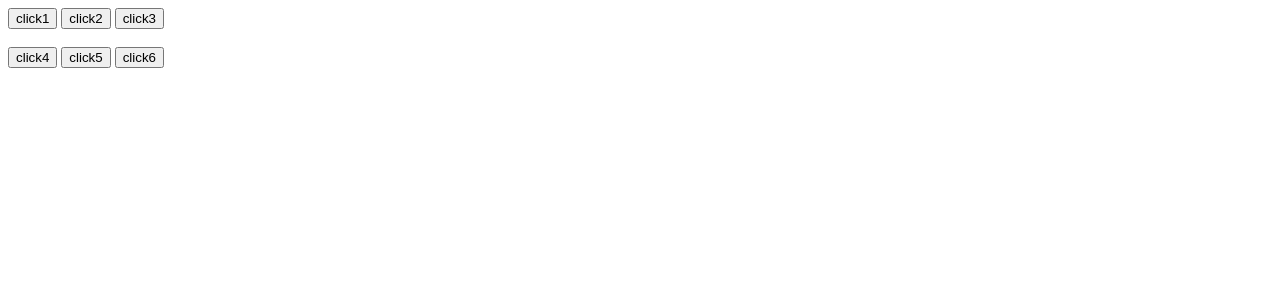
Repository: yhj4130/JsonStudy
Page: JsonApp01/WebContent/JsonTest10.html
The author's editor kept a copy of each file at every save. The page is drawn from the files as they stood at one save, then again after the next save.
The browser window is 1280 px wide. The pictures show the whole page.

Above is the page before, as saved 2019-05-31 06:46:05.

### JsonApp01/WebContent/JsonTest10.html
<script type="text/javascript">

	var obj6 =
	[
		"test"
	]

	var obj6_1 =
	[
		"test1", "test2"
	]

	var obj6_2 =
	[
		"test1", "test2", 123, 123+1
	]

</script>

<form>
	<input type="button" value="click1" onclick="alert(obj6)">
	<!-- test -->
	<input type="button" value="click2" onclick="alert(obj6_1)">
	<!-- test1, test2 -->
	<input type="button" value="click3" onclick="alert(obj6_2)">
	<!-- test1, test2, 123, 124 -->

	<br><br>

	<input type="button" value="click4" onclick="alert(typeof obj6)">
	<!-- object -->
	<input type="button" value="click5" onclick="alert(typeof obj6_1)">
	<!-- object -->
	<input type="button" value="click6" onclick="alert(typeof obj6_2)">
	<!-- object -->

	<br><br>


</form>

After the next save:
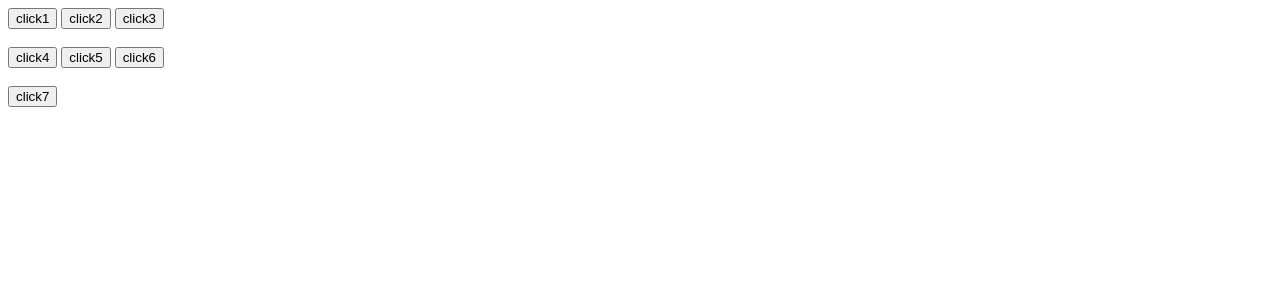
Saved 50 s later.
--- a/JsonApp01/WebContent/JsonTest10.html
+++ b/JsonApp01/WebContent/JsonTest10.html
@@ -36,5 +36,6 @@
 
 	<br><br>
 
+	<input type="button" value="click7" onclick="alert(obj6[0])">
 
 </form>
